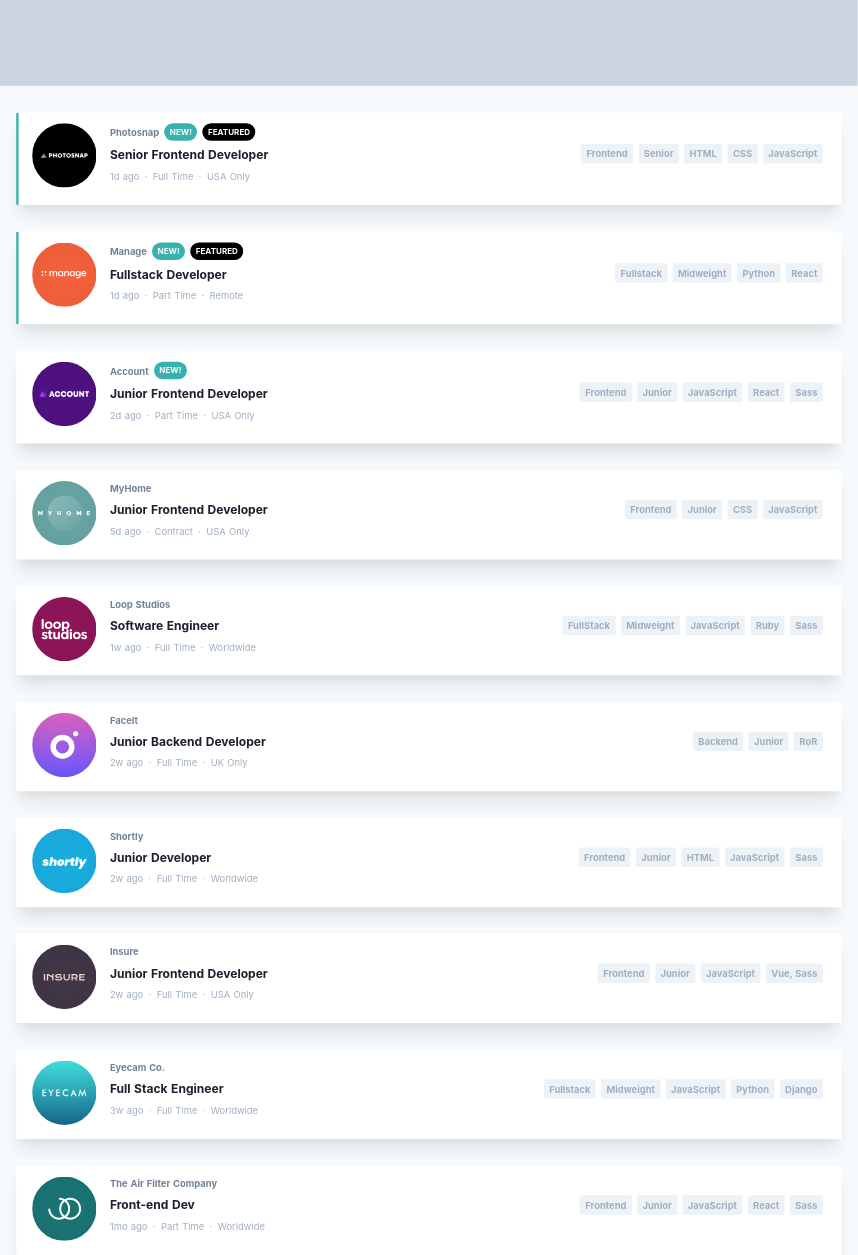
Repository: asongdon/frontendmentor-joblisting
Page: /
These files come from the project's save history. The page is drawn as it stood at one moment and after the next save; the edit follows.
The browser window is 1280 px wide. The pictures show the whole page, at 67% of full size.
The project was rebuilt for these pictures with package versions that can differ from the ones it lists, and the page was loaded fresh each time. The framework's server and built-in components were replaced by stand-ins that run in the browser. Also part of the build but not shown: nuxt.config.js.

Above is the page before, as saved 2020-04-12 22:38:48.

### layouts/default.vue
<template>
  <div class="h-screen">
    <Header/>
    <nuxt />
  </div>
</template>

<script>
import Header from '@/components/Header.vue'

export default {
  components: {
    Header
  },
}
</script>

<style>
html {
  font-family: 'Inter', -apple-system, BlinkMacSystemFont, 'Segoe UI',
    Roboto, 'Helvetica Neue', Arial, sans-serif;
  font-size: 16px;
  word-spacing: 1px;
  -ms-text-size-adjust: 100%;
  -webkit-text-size-adjust: 100%;
  -moz-osx-font-smoothing: grayscale;
  -webkit-font-smoothing: antialiased;
  box-sizing: border-box;
  @apply bg-gray-100;
}

*,
*:before,
*:after {
  box-sizing: border-box;
  margin: 0;
}

.button--green {
  display: inline-block;
  border-radius: 4px;
  border: 1px solid #3b8070;
  color: #3b8070;
  text-decoration: none;
  padding: 10px 30px;
}

.button--green:hover {
  color: #fff;
  background-color: #3b8070;
}

.button--grey {
  display: inline-block;
  border-radius: 4px;
  border: 1px solid #35495e;
  color: #35495e;
  text-decoration: none;
  padding: 10px 30px;
  margin-left: 15px;
}

.button--grey:hover {
  color: #fff;
  background-color: #35495e;
}
</style>

### pages/index.vue
<template>
  <div class="mt-10">
    <div class="container mx-auto px-6" v-for="item in data" :key="item.id">
      <Maincard
        :logo="item.logo"
        :company="item.company"
        :newStatus="item.new"
        :featured="item.featured"
        :position="item.position"
        :postedAt="item.postedAt"
        :contract="item.contract"
        :location="item.location"
        :languages="item.languages"
        :tools="item.tools"
        :level="item.level"
        :role="item.role"
      />
    </div>
  </div>
</template>

<script>
import Maincard from '@/components/Maincard'
import data from '@/static/data/data.json'

export default {
  components: {
    Maincard
  },
  data() {
    return {
      data
    }
  }
}
</script>

<style>
/* Sample `apply` at-rules with Tailwind CSS
.container {
  @apply min-h-screen flex justify-center items-center text-center mx-auto;
}
*/
</style>

### components/Header.vue
<template>
  <div class="w-full h-32 bg-gray-400"></div>
</template>

<script>
export default {}
</script>

<style></style>

### components/Maincard.vue
<template>
  <div
    class="flex flex-col lg:flex-row lg:justify-between flex-no-wrap rounded-sm px-5 bg-white shadow-xl py-4 mb-10 border-l-4 border-white"
    :class="{ 'border-l-4': featured, 'border-teal-500': featured }"
  >
    <div class="lg:flex lg:justify-between">
      <!-- Logo -->
      <div class="-mt-10 mb-2 lg:mt-0 lg:mb-0 lg:mr-5">
        <img class="w-12 lg:w-24" :src="'/logos/' + logo" alt="" />
      </div>
      <!-- End Logo -->

      <!-- Info -->
      <div>
        <div class="flex items-center">
          <div class="text-sm font-bold text-gray-600 lg:text-md">
            {{ company }}
          </div>
          <div class="flex text-xs font-bold">
            <div
              v-if="newStatus"
              class=" bg-teal-500 text-white rounded-full px-2 py-1 uppercase ml-2"
            >
              New!
            </div>
            <div
              v-if="featured"
              class="bg-black text-white rounded-full px-2 py-1 uppercase ml-2"
            >
              Featured
            </div>
          </div>
        </div>

        <div class="mt-2 font-bold text-gray-900 lg:text-lg">
          {{ position }}
        </div>

        <div
          class="flex text-xs mt-2 mb-4 text-gray-500 border-b border-gray-200 pb-4 lg:border-0 lg:mb-0 lg:text-sm"
        >
          <div class="mr-2">{{ postedAt }}</div>
          <div class="mr-2">·</div>
          <div class="mr-2">{{ contract }}</div>
          <div class="mr-2">·</div>
          <div>{{ location }}</div>
        </div>
      </div>
    </div>
    <!-- End Info -->

    <!-- Tags -->
    <div class="flex flex-wrap justify-start lg:justify-end lg:items-center">
      <div
        class="px-2 py-1 bg-gray-200 text-gray-500 rounded-sm font-bold mr-2 mb-4 text-sm"
      >
        {{ role }}
      </div>
      <div
        class="px-2 py-1 bg-gray-200 text-gray-500 rounded-sm font-bold mr-2 mb-4 text-sm"
      >
        {{ level }}
      </div>
      <div
        v-for="tag in languages"
        :key="tag.id"
        class="px-2 py-1 bg-gray-200 text-gray-500 rounded-sm font-bold mr-2 mb-4 text-sm"
      >
        {{ tag }}
      </div>
      <div
        v-for="tool in tools"
        :key="tool.id"
        class="px-2 py-1 bg-gray-200 text-gray-500 rounded-sm font-bold mr-2 mb-4 text-sm"
      >
        {{ tool }}
      </div>
    </div>
    <!-- End Tags -->
  </div>
</template>

<script>
export default {
  props: {
    logo: String,
    company: String,
    newStatus: Boolean,
    featured: Boolean,
    position: String,
    postedAt: String,
    contract: String,
    location: String,
    languages: Array,
    tools: Array,
    level: String,
    role: String
  }
}
</script>

<style></style>

### static/data/data.json
[
  {
    "id": 1,
    "company": "Photosnap",
    "logo": "photosnap.svg",
    "new": true,
    "featured": true,
    "position": "Senior Frontend Developer",
    "role": "Frontend",
    "level": "Senior",
    "postedAt": "1d ago",
    "contract": "Full Time",
    "location": "USA Only",
    "languages": ["HTML", "CSS", "JavaScript"]
  },
  {
    "id": 2,
    "company": "Manage",
    "logo": "manage.svg",
    "new": true,
    "featured": true,
    "position": "Fullstack Developer",
    "role": "Fullstack",
    "level": "Midweight",
    "postedAt": "1d ago",
    "contract": "Part Time",
    "location": "Remote",
    "languages": ["Python"],
    "tools": ["React"]
  },
  {
    "id": 3,
    "company": "Account",
    "logo": "account.svg",
    "new": true,
    "featured": false,
    "position": "Junior Frontend Developer",
    "role": "Frontend",
    "level": "Junior",
    "postedAt": "2d ago",
    "contract": "Part Time",
    "location": "USA Only",
    "languages": ["JavaScript"],
    "tools": ["React", "Sass"]
  },
  {
    "id": 4,
    "company": "MyHome",
    "logo": "myhome.svg",
    "new": false,
    "featured": false,
    "position": "Junior Frontend Developer",
    "role": "Frontend",
    "level": "Junior",
    "postedAt": "5d ago",
    "contract": "Contract",
    "location": "USA Only",
    "languages": ["CSS", "JavaScript"]
  },
  {
    "id": 5,
    "company": "Loop Studios",
    "logo": "loop-studios.svg",
    "new": false,
    "featured": false,
    "position": "Software Engineer",
    "role": "FullStack",
    "level": "Midweight",
    "postedAt": "1w ago",
    "contract": "Full Time",
    "location": "Worldwide",
    "languages": ["JavaScript"],
    "tools": ["Ruby", "Sass"]
  },
  {
    "id": 6,
    "company": "FaceIt",
    "logo": "faceit.svg",
    "new": false,
    "featured": false,
    "position": "Junior Backend Developer",
    "role": "Backend",
    "level": "Junior",
    "postedAt": "2w ago",
    "contract": "Full Time",
    "location": "UK Only",
    "tools": ["RoR"]
  },
  {
    "id": 7,
    "company": "Shortly",
    "logo": "shortly.svg",
    "new": false,
    "featured": false,
    "position": "Junior Developer",
    "role": "Frontend",
    "level": "Junior",
    "postedAt": "2w ago",
    "contract": "Full Time",
    "location": "Worldwide",
    "languages": ["HTML", "JavaScript"],
    "tools": ["Sass"]
  },
  {
    "id": 8,
    "company": "Insure",
    "logo": "insure.svg",
    "new": false,
    "featured": false,
    "position": "Junior Frontend Developer",
    "role": "Frontend",
    "level": "Junior",
    "postedAt": "2w ago",
    "contract": "Full Time",
    "location": "USA Only",
    "languages": ["JavaScript"],
    "tools": ["Vue, Sass"]
  },
  {
    "id": 9,
    "company": "Eyecam Co.",
    "logo": "eyecam-co.svg",
    "new": false,
    "featured": false,
    "position": "Full Stack Engineer",
    "role": "Fullstack",
    "level": "Midweight",
    "postedAt": "3w ago",
    "contract": "Full Time",
    "location": "Worldwide",
    "languages": ["JavaScript", "Python"],
    "tools": ["Django"]
  },
  {
    "id": 10,
    "company": "The Air Filter Company",
    "logo": "the-air-filter-company.svg",
    "new": false,
    "featured": false,
    "position": "Front-end Dev",
    "role": "Frontend",
    "level": "Junior",
    "postedAt": "1mo ago",
    "contract": "Part Time",
    "location": "Worldwide",
    "languages": ["JavaScript"],
    "tools": ["React", "Sass"]
  }
]

Loaded but not shown: assets/css/tailwind.css (common file); tailwind.config.js (common file); store/filter.js (no copy from this time; the picture is the same without it); store/index.js (no copy from this time; the picture is the same without it)

After the next save:
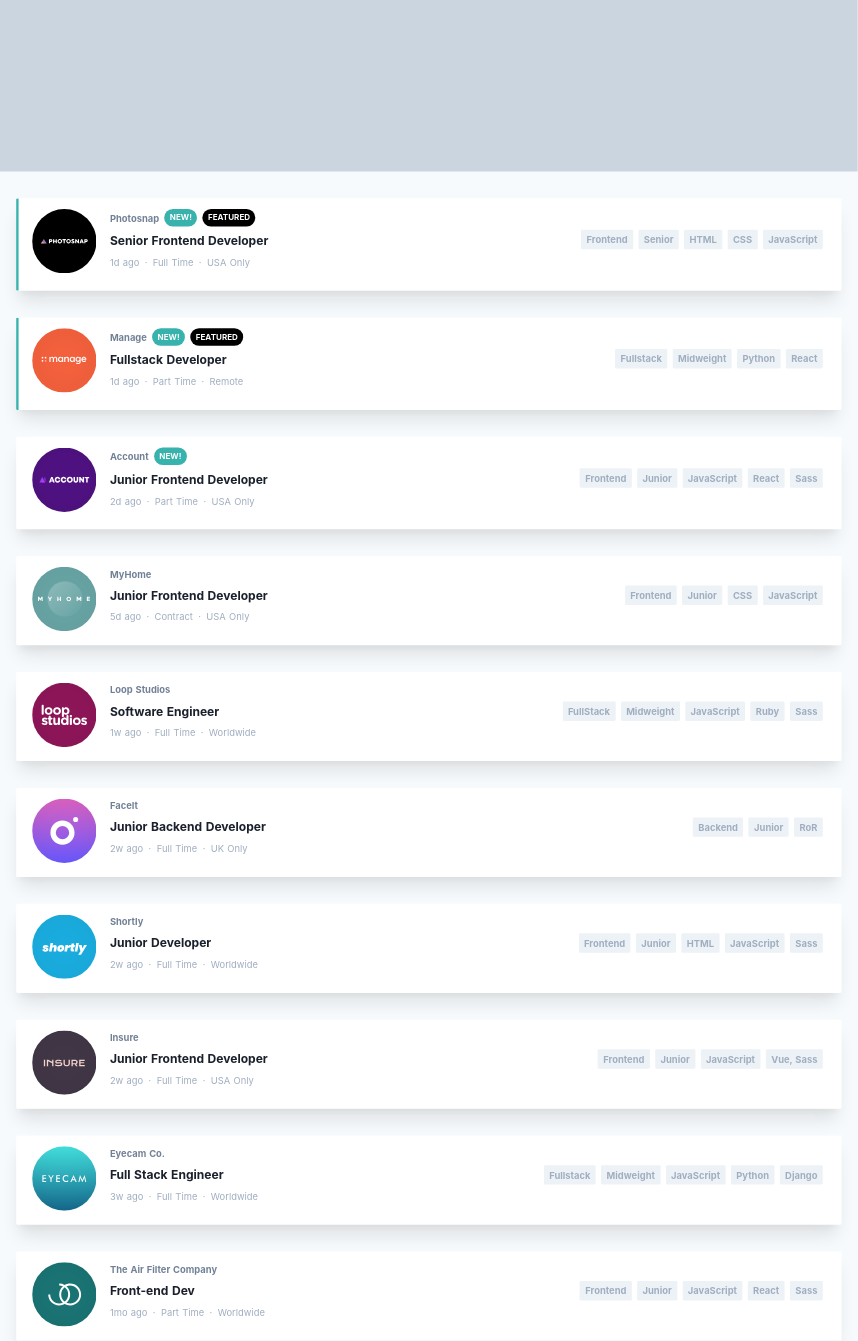
Saved 40 s later.
--- a/components/Header.vue
+++ b/components/Header.vue
@@ -1,5 +1,5 @@
 <template>
-  <div class="w-full h-32 bg-gray-400"></div>
+  <div class="w-full h-32 bg-gray-400 lg:h-64"></div>
 </template>
 
 <script>
